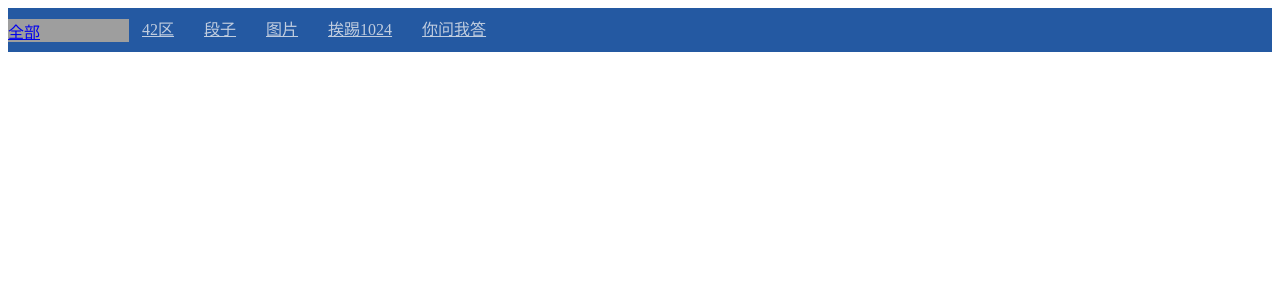
Repository: ZhaobaoJiang/workspace
Page: bbs/bbs/templates/index.html
An editor plug-in stored every save of this project. The page is shown before and after the next save, followed by the edit.
The browser window is 1280 px wide. The pictures show the whole page.
Pictures or frames that could not be fetched are drawn as grey boxes.

Above is the page before, as saved 2017-06-20 12:32:50.

### bbs/bbs/templates/index.html
<!DOCTYPE html>
<html>
<head>
<meta charset="UTF-8">
<title>Insert title here</title>
<link rel="stylesheet" type="text/css" href="/static/css/common.css">
</head>
<body>
    <div class="pg-header">
        <div class="header-menu">
            <a href="/index/" class="digg-logo">全部</a>
            <a href="/index/" class="tb">42区</a>
            <a href="/index/" class="tb">段子</a>
            <a href="/index/" class="tb">图片</a>
            <a href="/index/" class="tb">挨踢1024</a>
            <a href="/index/" class="tb">你问我答</a>
        </div>
        <div class="header-search">

        </div>
    </div>
    <div class="pg-body"></div>
    <div class="pg-footer"></div>
</body>
</html>

### bbs/bbs/static/css/common.css
@CHARSET "UTF-8";
.body{
	margin:0;
}
.pg-header {
	height:44px;
	background-color:#2459a2;
}

.header-menu{
	float:left;
}

.digg-logo{
	width:121px;
	height:23px;
	background:url('/static/images/logo.png');
	float:left;
	margin-top:11px;
}
a.tb{
    color:#c0cddf;
	margin-left:-3px;
	padding:0 13px 0 16px;
	display:inline-block;
	line-height:44px;
}

After the next save:
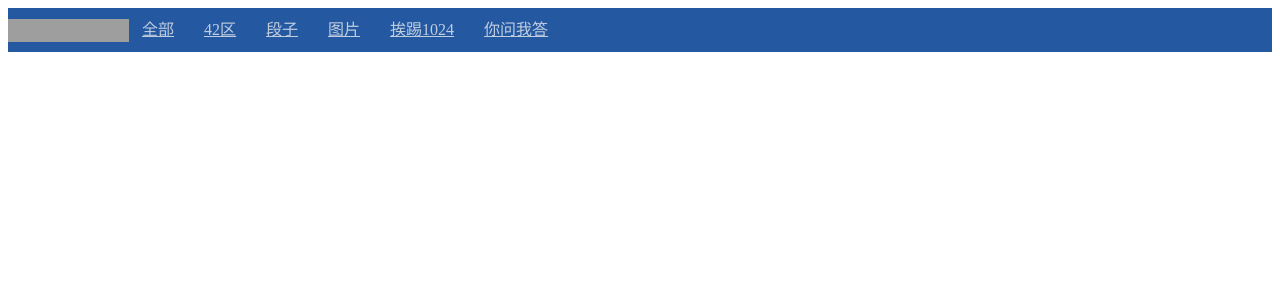
Saved 46 s later.
--- a/bbs/bbs/templates/index.html
+++ b/bbs/bbs/templates/index.html
@@ -8,7 +8,8 @@
 <body>
     <div class="pg-header">
         <div class="header-menu">
-            <a href="/index/" class="digg-logo">全部</a>
+            <a href="/index/" class="digg-logo"></a>
+            <a href="/index/" class="tb">全部</a>
             <a href="/index/" class="tb">42区</a>
             <a href="/index/" class="tb">段子</a>
             <a href="/index/" class="tb">图片</a>
